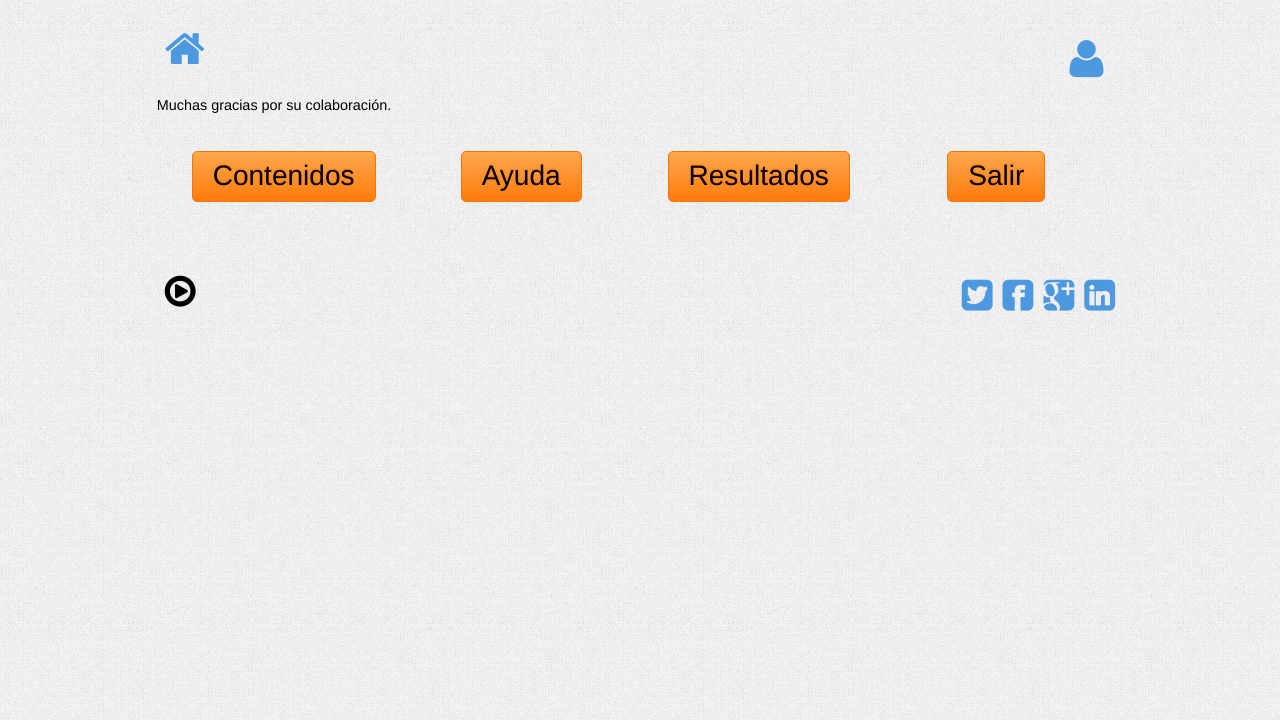
Repository: SCeruso/RememberMe
Page: enviosugerencia.html
The author's editor kept a record of every edit. The page is drawn from the files as they stood at one moment, then again after the next edit.
The browser window is 1280 px wide. The pictures show the whole page.
Some web libraries are served in a nearby version.

Above is the page before.

After the next edit:
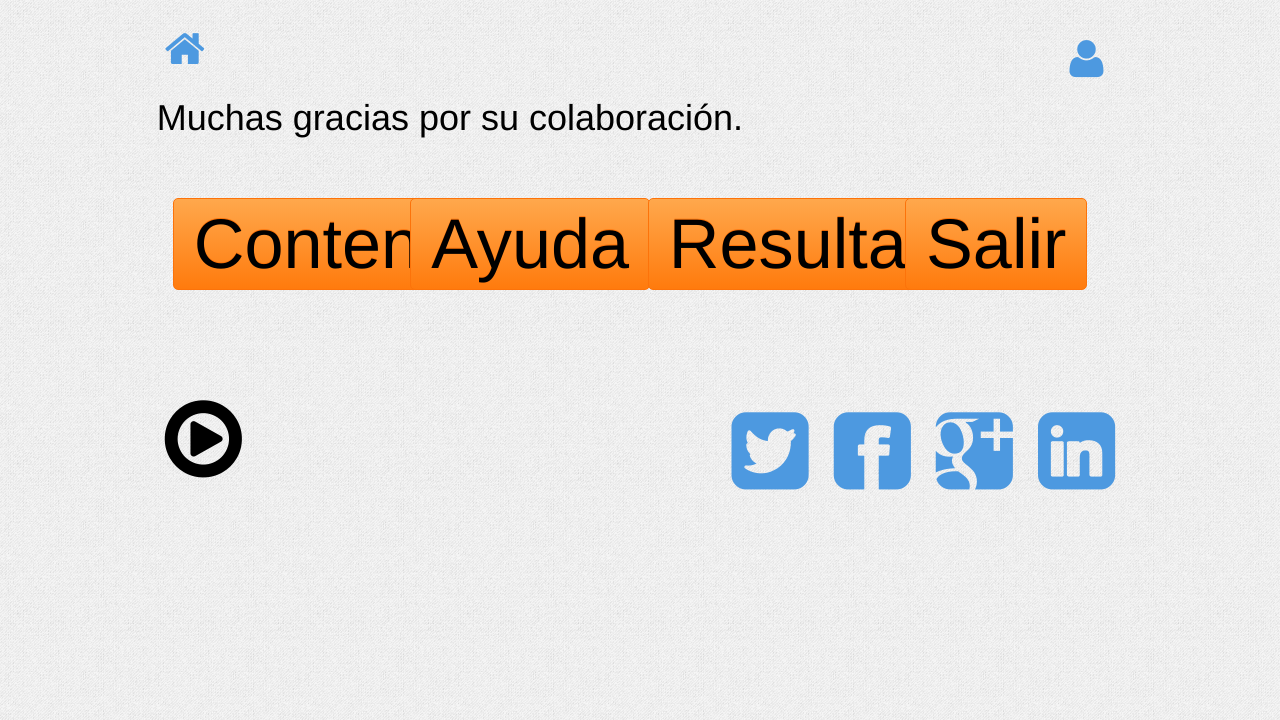
The edit:
--- a/enviosugerencia.html
+++ b/enviosugerencia.html
@@ -30,7 +30,7 @@
 
 	</div>
 
-	<p>
+	<h3>
 			Muchas gracias por su colaboración.
 			<br />
 
